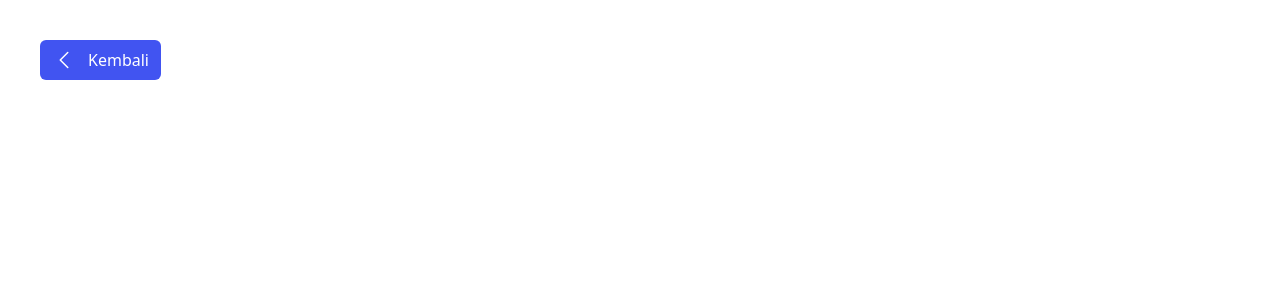
Repository: whytrno/sinovi-products
Page: /products
The author's editor kept a copy of each file at every save. The page is drawn from the files as they stood at one save, then again after the next save.
The browser window is 1280 px wide. The pictures show the whole page.
The project was rebuilt for these pictures with package versions that can differ from the ones it lists, and the page was loaded fresh each time. The framework's server and built-in components were replaced by stand-ins that run in the browser. Also part of the build but not shown: next.config.js.

Above is the page before, as saved 2023-02-25 00:06:29.

### pages/products.js
import BackIcon from "@/components/Icon/BackIcon";
import Link from "next/link";

export default function Products() {
    return (
        <div className="p-10">
            <Link href="/" className="bg-[#4154F1] flex gap-3 items-center w-min whitespace-nowrap text-white rounded-md py-2 px-3">
                <BackIcon />
                <p>Kembali</p>
            </Link>
        </div>
    )
}

### components/Icon/BackIcon.js
export default function BackIcon() {
    return (
        <svg xmlns="http://www.w3.org/2000/svg" viewBox="0 0 24 24" fill="currentColor" className="w-6 h-6">
            <path fillRule="evenodd" d="M7.72 12.53a.75.75 0 010-1.06l7.5-7.5a.75.75 0 111.06 1.06L9.31 12l6.97 6.97a.75.75 0 11-1.06 1.06l-7.5-7.5z" clipRule="evenodd" />
        </svg>
    )
}

### tailwind.config.js
/** @type {import('tailwindcss').Config} */
module.exports = {
  content: [
    "./app/**/*.{js,ts,jsx,tsx}",
    "./pages/**/*.{js,ts,jsx,tsx}",
    "./components/**/*.{js,ts,jsx,tsx}"
  ],
  theme: {
    extend: {
      colors: {
        primary: "#03338D",
        secondary: "#4154F1",
        title: "#192A48",
        paragraph: "#444444"
      },
    },
    plugins: [],
  }
}

Loaded but not shown: pages/_app.js (common file); pages/_document.js (common file); styles/globals.css (common file)

After the next save:
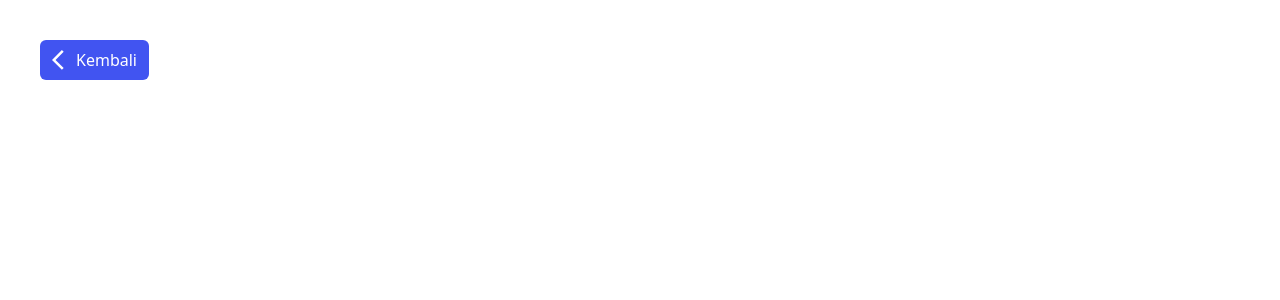
Saved 3 min 23 s later.
--- a/components/Icon/BackIcon.js
+++ b/components/Icon/BackIcon.js
@@ -1,7 +1,18 @@
-export default function BackIcon() {
+function BackIcon(props) {
     return (
-        <svg xmlns="http://www.w3.org/2000/svg" viewBox="0 0 24 24" fill="currentColor" className="w-6 h-6">
-            <path fillRule="evenodd" d="M7.72 12.53a.75.75 0 010-1.06l7.5-7.5a.75.75 0 111.06 1.06L9.31 12l6.97 6.97a.75.75 0 11-1.06 1.06l-7.5-7.5z" clipRule="evenodd" />
+        <svg
+            width={12}
+            height={20}
+            fill="none"
+            xmlns="http://www.w3.org/2000/svg"
+            {...props}
+        >
+            <path
+                d="M11.67 1.77L9.9 0 0 9.9l9.9 9.9 1.77-1.77L3.54 9.9l8.13-8.13z"
+                fill="#fff"
+            />
         </svg>
-    )
+    );
 }
+
+export default BackIcon;
